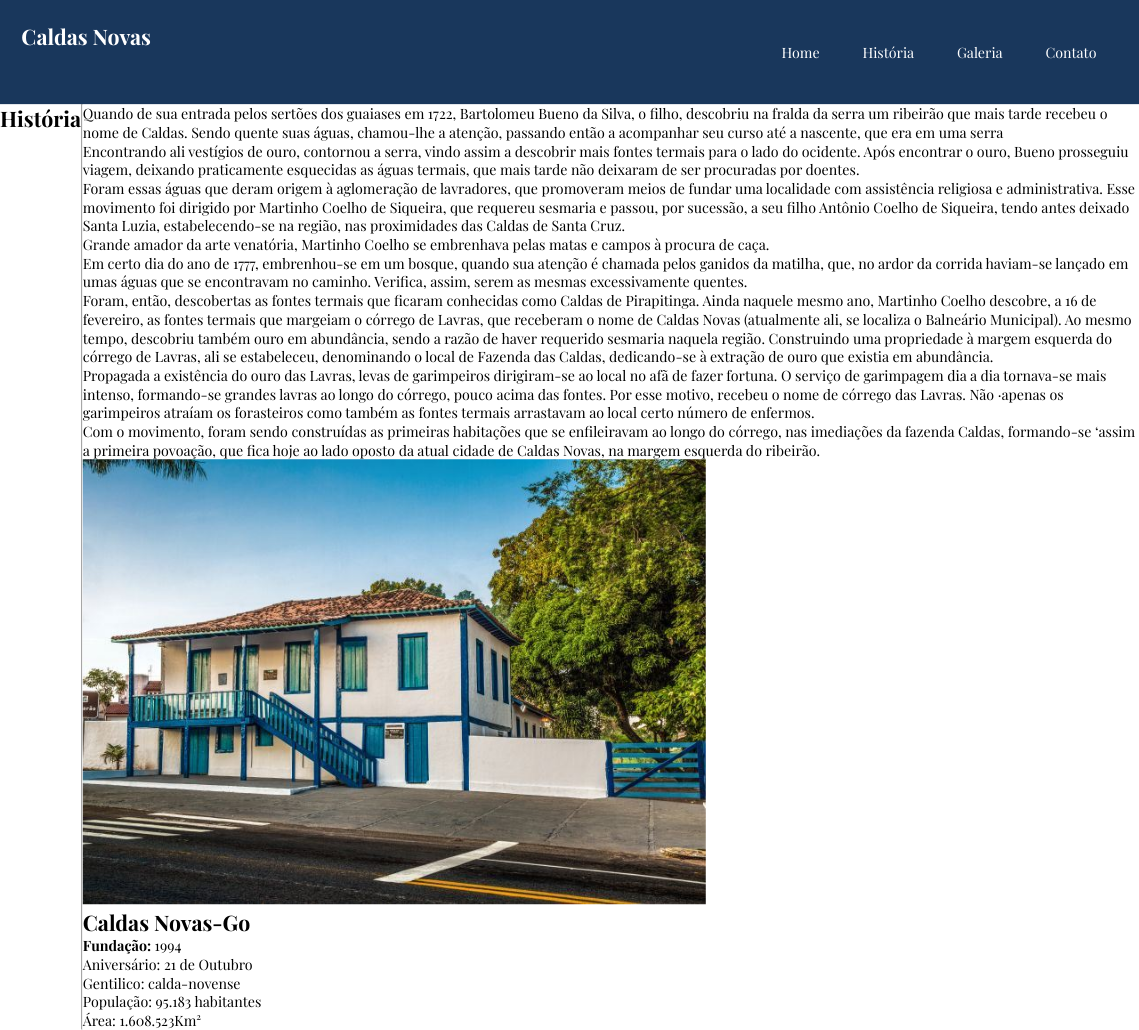
Repository: AbiezerSidonioJoseOdanacaJunior/DesafioLocalTuristico
Page: index.html
These files come from the project's save history. The page is drawn as it stood at one moment and after the next save; the edit follows.
The browser window is 1280 px wide. The pictures show the whole page, at 89% of full size.
Some web fonts or font styles are not loaded; a fallback is used.

Above is the page before, as saved 2024-11-11 15:42:58.

### index.html
<!DOCTYPE html>
<html lang="pt-br">
<head>
    <link rel="preconnect" href="https://fonts.googleapis.com">
    <link rel="preconnect" href="https://fonts.gstatic.com" crossorigin>
    <meta charset="UTF-8">
    <meta name="viewport" content="width=device-width, initial-scale=1.0">
    <title>Caldas Novas</title>
    <link rel="stylesheet" href="./css/style.css">
    <link href="https://fonts.googleapis.com/css2?family=Alice&family=Playfair+Display:ital,wght@0,400..900;1,400..900&display=swap" rel="stylesheet">
</head>
<body>
    <div id="page">
        <nav>
            <!-- <img src="./img/clds.png" alt="logo Caldas novas"> -->
             <h1>Caldas Novas</h1>
            <ul>
                <li><a href="#home">Home</a></li>
                <li><a href="#history">História</a></li>
                <li><a href="#gallery">Galeria</a></li>
                <li><a href="#contact">Contato</a></li>
            </ul>
        </nav>
        <main>
            <section id="history">
                <h1>História</h1>
                <hr>
               <div id="about">
                <div id="text-history">
                    <p>Quando de sua entrada pelos sertões dos guaiases em 1722, Bartolomeu Bueno da Silva, o filho, descobriu na fralda da serra um ribeirão que mais tarde recebeu o nome de Caldas. Sendo quente suas águas, chamou-lhe a atenção, passando então a acompanhar seu curso até a nascente, que era em uma serra</p>
                    <p>Encontrando ali vestígios de ouro, contornou a serra, vindo assim a descobrir mais fontes termais para o lado do ocidente. Após encontrar o ouro, Bueno prosseguiu viagem, deixando praticamente esquecidas as águas termais, que mais tarde não deixaram de ser procuradas por doentes.</p>
                    <p>Foram essas águas que deram origem à aglomeração de lavradores, que promoveram meios de fundar uma localidade com assistência religiosa e administrativa. Esse movimento foi dirigido por Martinho Coelho de Siqueira, que requereu sesmaria e passou, por sucessão, a seu filho Antônio Coelho de Siqueira, tendo antes deixado Santa Luzia, estabelecendo-se na região, nas proximidades das Caldas de Santa Cruz.</p>
                    <p>Grande amador da arte venatória, Martinho Coelho se embrenhava pelas matas e campos à procura de caça.</p>
                    <p>Em certo dia do ano de 1777, embrenhou-se em um bosque, quando sua atenção é chamada pelos ganidos da matilha, que, no ardor da corrida haviam-se lançado em umas águas que se encontravam no caminho. Verifica, assim, serem as mesmas excessivamente quentes.</p>
                    <p>Foram, então, descobertas as fontes termais que ficaram conhecidas como Caldas de Pirapitinga. Ainda naquele mesmo ano, Martinho Coelho descobre, a 16 de fevereiro, as fontes termais que margeiam o córrego de Lavras, que receberam o nome de Caldas Novas (atualmente ali, se localiza o Balneário Municipal). Ao mesmo tempo, descobriu também ouro em abundância, sendo a razão de haver requerido sesmaria naquela região. Construindo uma propriedade à margem esquerda do córrego de Lavras, ali se estabeleceu, denominando o local de Fazenda das Caldas, dedicando-se à extração de ouro que existia em abundância.</p>
                    <p>Propagada a existência do ouro das Lavras, levas de garimpeiros dirigiram-se ao local no afã de fazer fortuna. O serviço de garimpagem dia a dia tornava-se mais intenso, formando-se grandes lavras ao longo do córrego, pouco acima das fontes. Por esse motivo, recebeu o nome de córrego das Lavras. Não ·apenas os garimpeiros atraíam os forasteiros como também as fontes termais arrastavam ao local certo número de enfermos.</p>
                    <p>Com o movimento, foram sendo construídas as primeiras habitações que se enfileiravam ao longo do córrego, nas imediações da fazenda Caldas, formando-se ‘assim a primeira povoação, que fica hoje ao lado oposto da atual cidade de Caldas Novas, na margem esquerda do ribeirão.</p>
                </div>
                <div id="image-history">
                    <img src="./img/imghistory.jpg" alt="Imagem Caldas">
                    <h2>Caldas Novas-Go</h2>
                    <p><b>Fundação:</b> 1994 </p>
                    <p>Aniversário: 21 de Outubro </p>
                    <p>Gentilico: calda-novense </p>
                    <p>População: 95.183 habitantes</p>
                    <p>Área: 1.608.523Km²</p>
                </div>
               </div>
            </section>
        </main>
    </div>

</body>
</html>

### css/style.css
* {
    padding: 0;
    margin: 0;
}
body{
    font-family: "Playfair Display", serif;
}

nav {
    display: flex;
    background-color: #19375c;
}

nav img {
    width: 116px;
    height: 92px;
}

nav h1{
    color:#fff;
    padding: 24px;
}

ul{
    display: flex;
    padding: 24px;
    margin-left: auto;
}

ul li {
    padding: 24px;
    list-style: none;
}

ul li a {
    text-decoration: none;
    color: #fff;
}
#history {
    display: flex;
}

After the next save:
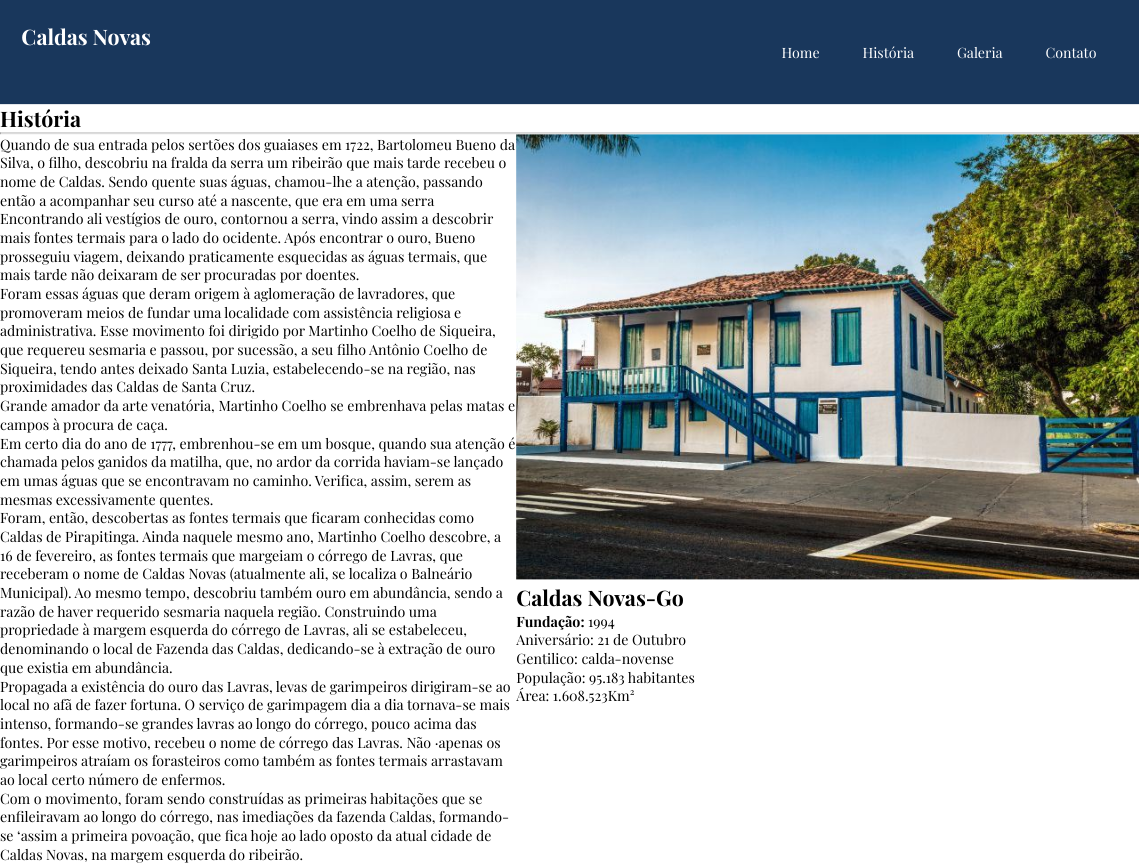
Saved 17 s later.
--- a/css/style.css
+++ b/css/style.css
@@ -36,6 +36,6 @@
     text-decoration: none;
     color: #fff;
 }
-#history {
+#about {
     display: flex;
 }
